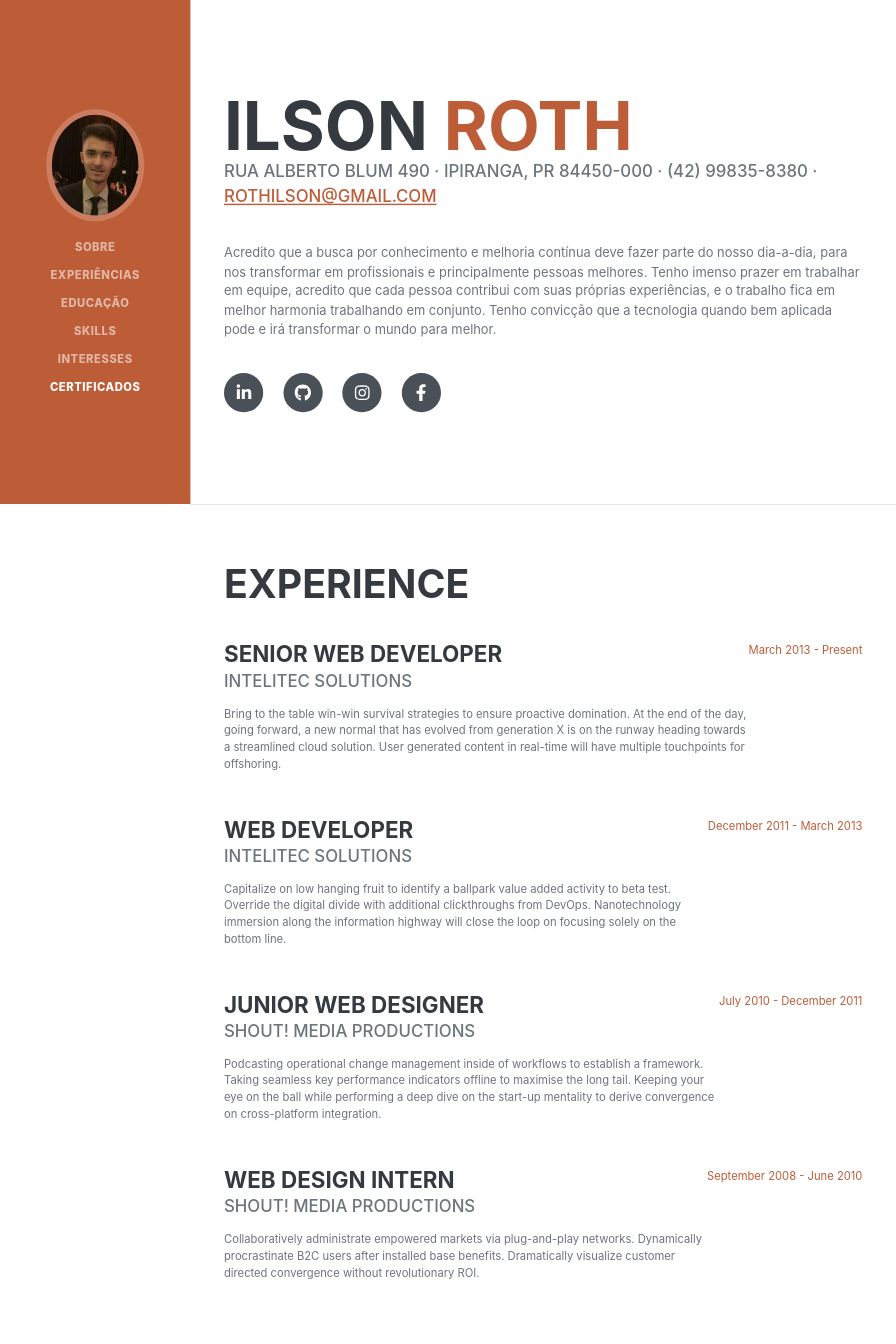
Repository: JuniorRoth/Curriculo-Web
Page: public/index.html
These files come from the project's save history. The page is drawn as it stood at one moment and after the next save; the edit follows.
The browser window is 1280 px wide. The pictures show the part of the page from y = 0 to 1920 px (the page is 4810 px tall), at 70% of full size.
Some web fonts or font styles are not loaded; a fallback is used. Some web libraries are served in a nearby version.

Above is the page before, as saved 2023-02-07 14:34:34.

After the next save:
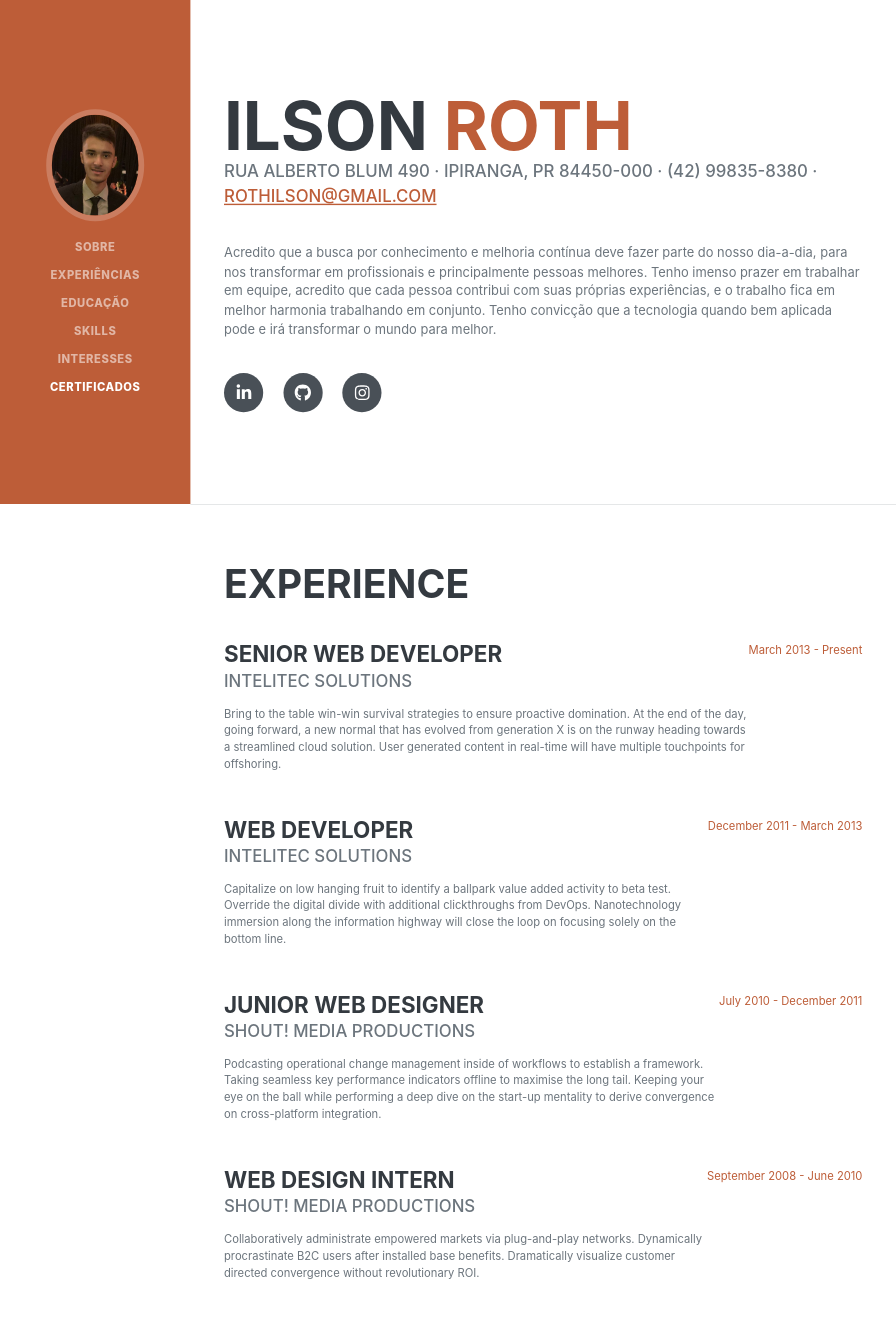
Saved 2 min 18 s later.
--- a/public/index.html
+++ b/public/index.html
@@ -52,7 +52,6 @@
                         <a class="social-icon" href="https://www.linkedin.com/in/juninho-roth-bb1896225/"><i class="fab fa-linkedin-in"></i></a>
                         <a class="social-icon" href="https://github.com/JuniorRoth"><i class="fab fa-github"></i></a>
                         <a class="social-icon" href="https://www.instagram.com/roth_juninho/?next=%2F"><i class="fab fa-instagram"></i></a>
-                        <a class="social-icon" href="#!"><i class="fab fa-facebook-f"></i></a>
                     </div>
                 </div>
             </section>
